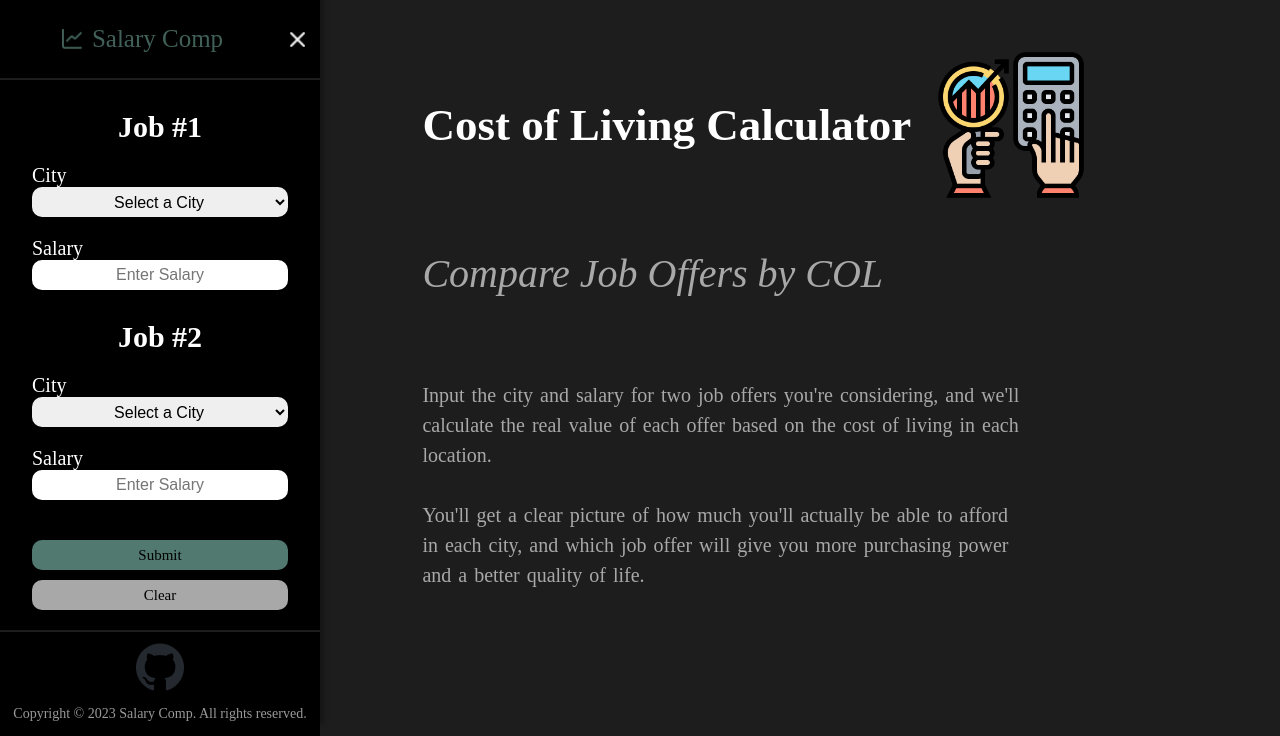
Repository: robbymcd/Salary-Comp
Page: /
The author's editor kept a copy of each file at every save. The page is drawn from the files as they stood at one save, then again after the next save.
The browser window is 1280 px wide. The pictures show the whole page.
Some web fonts or font styles are not loaded; a fallback is used. The project was rebuilt for these pictures with package versions that can differ from the ones it lists, and the page was loaded fresh each time. Also part of the build but not shown: src/Main.css, src/Main.js.

Above is the page before, as saved 2023-06-16 11:25:34.

After the next save:
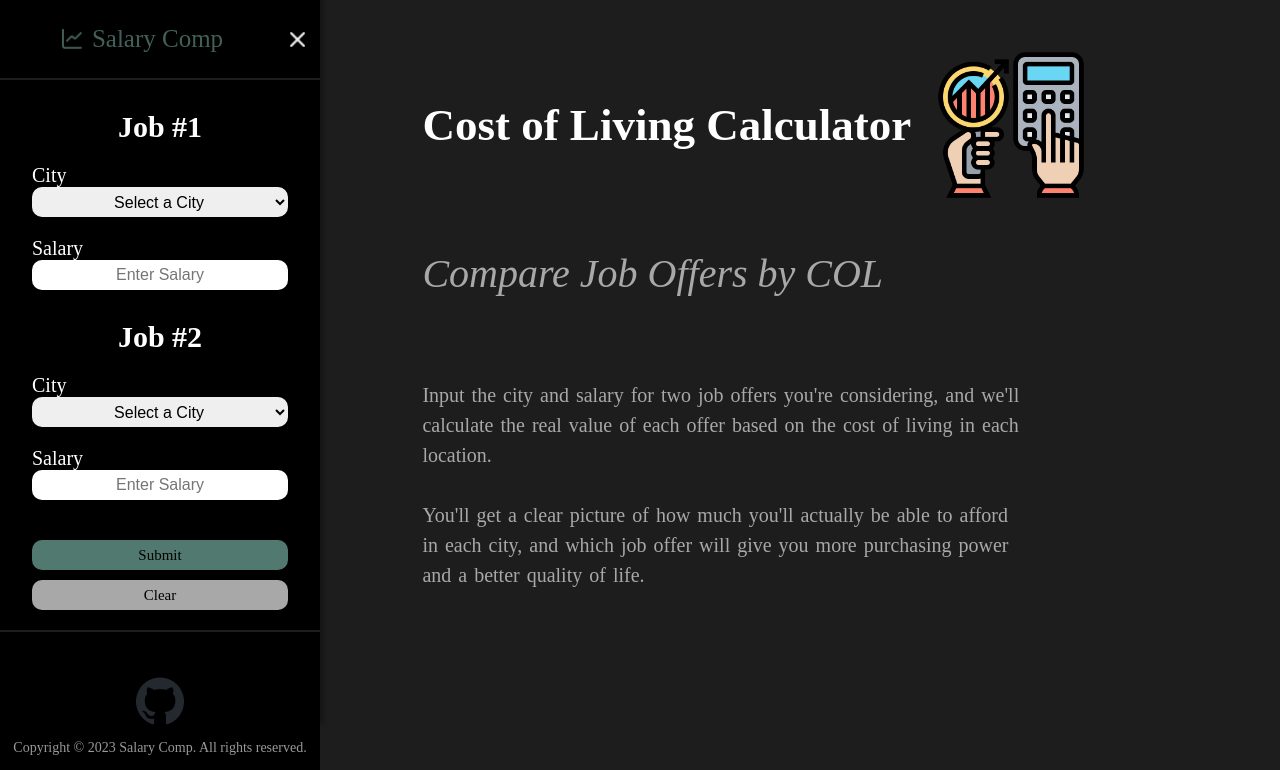
Saved 7 min 21 s later.
--- a/src/Sidebar.js
+++ b/src/Sidebar.js
@@ -230,6 +230,10 @@ export default function Sidebar( { onFormSubmit } ) {
                     </div>
                 </form>
                 <div className='footer'>
+                    <div className='hiw'>
+                        <p></p>
+                        <a src='https://advisorsmith.com/data/coli'>AdvisorSmith Cost of Living Index</a>
+                    </div>
                     <img className='github' src={github} alt='github'></img>
                     <p className='copyright'>Copyright © 2023 Salary Comp. All rights reserved.</p>
                 </div>
